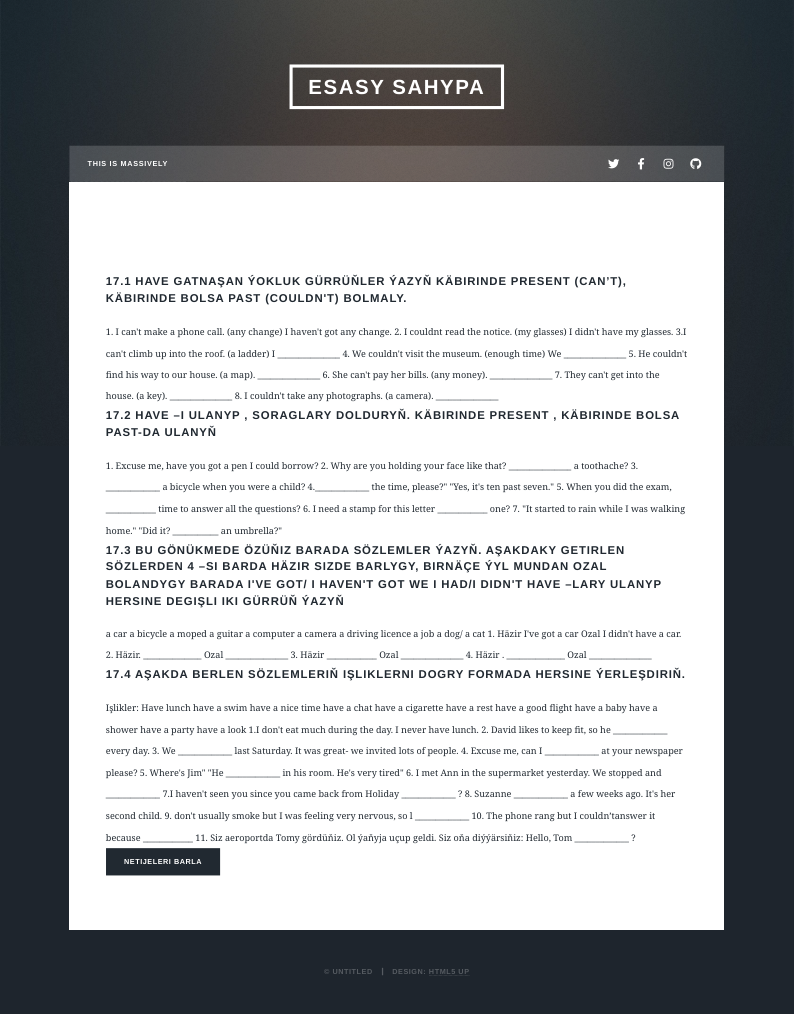
Repository: Sahet-dev/English-grammar-app
Page: test/test_unit _17.html
An editor plug-in stored every save of this project. The page is shown before and after the next save, followed by the edit.
The browser window is 1280 px wide. The pictures show the whole page, at 62% of full size.
Some web fonts or font styles are not loaded; a fallback is used.

Above is the page before, as saved 2022-06-24 16:24:10.

### test/test_unit _17.html
<!DOCTYPE HTML>
<!--
	Massively by HTML5 UP
	html5up.net | @ajlkn
	Free for personal and commercial use under the CCA 3.0 license (html5up.net/license)
-->
<html>
	<head>
		<title>Test </title>
		<meta charset="utf-8" />
		<meta name="viewport" content="width=device-width, initial-scale=1, user-scalable=no" />
		<link rel="stylesheet" href="../assets/css/test.css" />
		<noscript><link rel="stylesheet" href="../assets/css/noscript.css" /></noscript>
	</head>
	<body class="is-preload">

		<!-- Wrapper -->
			<div id="wrapper">

				<!-- Header -->
					<header id="header">
						<a href="index.html" class="logo">Esasy Sahypa</a>
					</header>

				<!-- Nav -->
					<nav id="nav">
						<ul class="links">
							<li><a href="units/.html">This is Massively</a></li>

						</ul>
						<ul class="icons">
							<li><a href="#" class="icon brands fa-twitter"><span class="label">Twitter</span></a></li>
							<li><a href="#" class="icon brands fa-facebook-f"><span class="label">Facebook</span></a></li>
							<li><a href="#" class="icon brands fa-instagram"><span class="label">Instagram</span></a></li>
							<li><a href="#" class="icon brands fa-github"><span class="label">GitHub</span></a></li>
						</ul>
					</nav>

				<!-- Main -->
					<div id="main">

						<!-- Post -->
							<section class="post">
								<header class="major">
									<h2>


									</h2>
								</header>

								<!-- Text stuff -->

									<p>
										<form action="results-unit-1.php" method="post">


										<h3>17.1

														Have gatnaşan ýokluk gürrüňler ýazyň
														Käbirinde present (can’t), käbirinde bolsa past
														(couldn't) bolmaly.
													</h3>
														1.	I  can't make a phone call. (any change)
														I haven't got any change.

														2. I couldnt read the notice. (my glasses)
														I didn't have my glasses.

														3.I can't climb up into the roof. (a ladder)
														I _______________
														4. We couldn't visit the museum. (enough time)
														We _______________

														5. He couldn't find his way to our house. (a
														map). _______________

														6. She can't pay her bills. (any money).
														_______________
														7. They can't get into the house. (a key).
														_______________

														8. I couldn't take any photographs. (a
														camera). _______________

													<h3>17.2


														Have –i ulanyp , soraglary dolduryň.
														Käbirinde present , käbirinde bolsa past-da ulanyň
													</h3>														1. Excuse me, have you got a pen I could
														borrow?

														2. Why are you holding your face like
														that? _______________  a toothache?

														3. _____________ a bicycle when you were a child?
														4._____________   the time, please?" "Yes, it's ten past seven."

														5. When you did the exam, ____________ time to answer all the questions?

														6. I need a stamp for this letter ____________
														one?

														7. "It started to rain while I was walking home."
														"Did it? ___________  an umbrella?"

													<h3>17.3

														Bu gönükmede özüňiz barada sözlemler ýazyň. Aşakdaky getirlen sözlerden 4 –si barda häzir sizde barlygy, birnäçe ýyl mundan ozal bolandygy barada I've got/ I haven't got
														we I had/I didn't have –lary ulanyp hersine degişli iki gürrüň ýazyň
													</h3>
														a car a bicycle a moped a guitar
														a computer a camera a driving licence

														a job a dog/ a cat

														1. Häzir

														I've got a car

														Ozal

														I didn't have a car.

														2. Häzir.
														______________
														Ozal
														_______________



														3. Häzir
														____________
														Ozal
														_______________

														4. Häzir .
														______________
														Ozal
														_______________

													<h3>17.4
														Aşakda berlen sözlemleriň işliklerni dogry formada hersine ýerleşdiriň.
													</h3>	Işlikler:

														Have lunch have a swim have a nice time

														have a chat have a cigarette have a rest
														have a good flight have a baby have a shower

														have a party have a look

														1.I don't eat much during the day. I never have lunch.

														2. David likes to keep fit, so he _____________ every
														day.

														3. We  _____________  last Saturday. It was great- we
														invited lots of people.

														4. Excuse me, can I _____________ at your newspaper

														please?

														5. Where's Jim" "He  _____________       in his room. He's

														very tired"

														6. I met Ann in the supermarket yesterday. We
														stopped and  _____________

														7.I haven't seen you since you came back from
														Holiday  _____________       ?

														8. Suzanne  _____________       a few weeks ago. It's her

														second child.

														9. don't usually smoke but I was feeling very
														nervous, so l   _____________

														10. The phone rang but I couldn’tanswer it because ____________

														11. Siz aeroportda Tomy gördüňiz. Ol ýaňyja uçup geldi. Siz oňa diýýärsiňiz:
														Hello, Tom  _____________       ?


											        <button class="button primary" type="submit">Netijeleri barla</button>
										</form>



									</p>


							</section>

					</div>


				<!-- Copyright -->
					<div id="copyright">
						<ul><li>&copy; Untitled</li><li>Design: <a href="https://html5up.net">HTML5 UP</a></li></ul>
					</div>

			</div>

		<!-- Scripts -->
			<script src="assets/js/jquery.min.js"></script>
			<script src="assets/js/jquery.scrollex.min.js"></script>
			<script src="assets/js/jquery.scrolly.min.js"></script>
			<script src="assets/js/browser.min.js"></script>
			<script src="assets/js/breakpoints.min.js"></script>
			<script src="assets/js/util.js"></script>
			<script src="assets/js/main.js"></script>

	</body>
</html>

Loaded but not shown: assets/js/jquery.min.js (library); assets/js/jquery.scrollex.min.js (common file); assets/js/jquery.scrolly.min.js (common file); assets/js/browser.min.js (common file); assets/js/breakpoints.min.js (common file); assets/css/fontawesome-all.min.css (library); assets/js/util.js (587 lines, source omitted); assets/js/main.js (258 lines, source omitted); assets/css/test.css (4689 lines, source omitted)

After the next save:
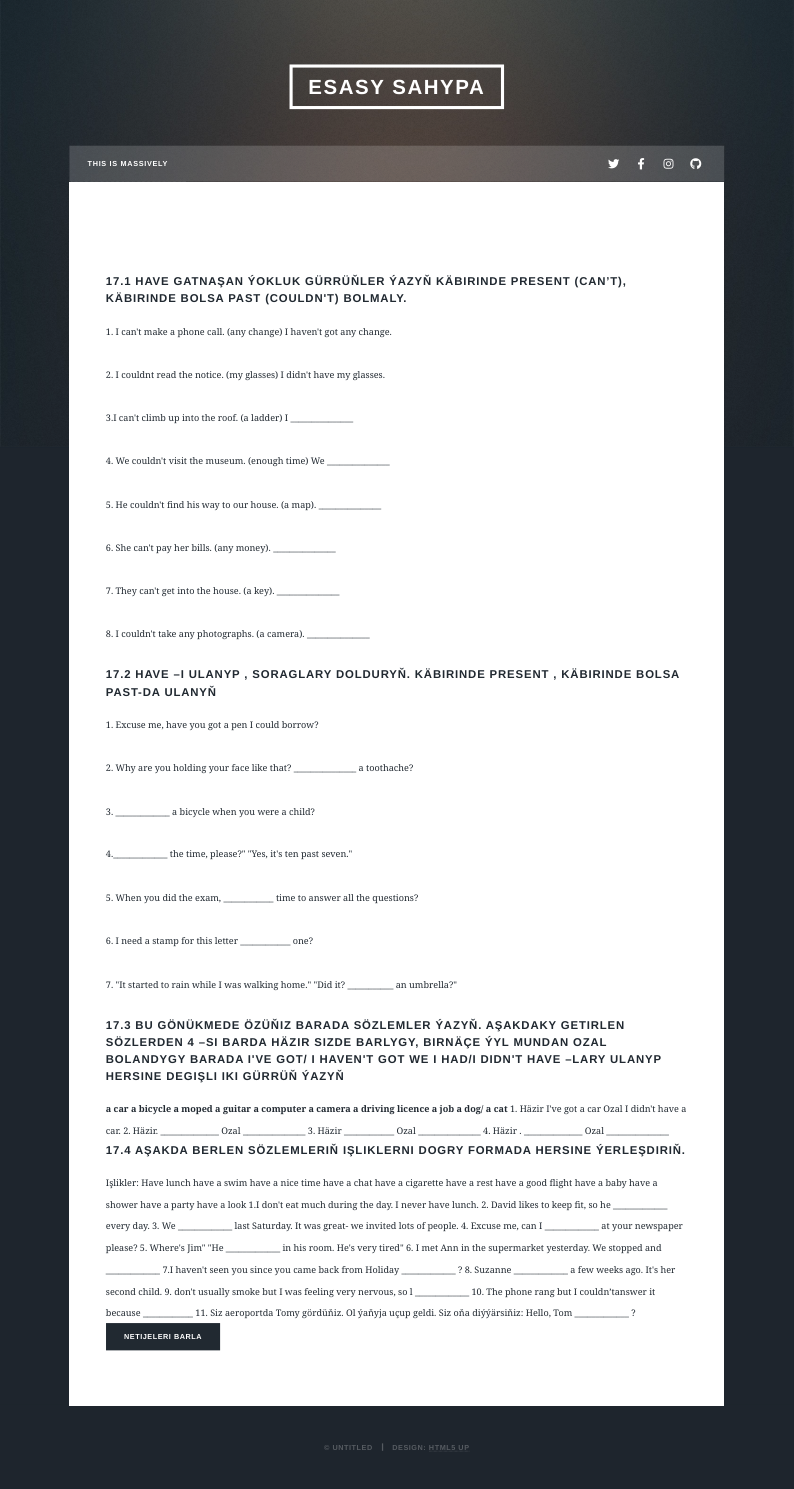
Saved 78 s later.
--- a/test/test_unit _17.html
+++ b/test/test_unit _17.html
@@ -62,26 +62,26 @@
 													</h3>
 														1.	I  can't make a phone call. (any change)
 														I haven't got any change.
-
+														<br><br>
 														2. I couldnt read the notice. (my glasses)
 														I didn't have my glasses.
-
+														<br><br>
 														3.I can't climb up into the roof. (a ladder)
-														I _______________
+														I _______________<br><br>
 														4. We couldn't visit the museum. (enough time)
 														We _______________
-
+														<br><br>
 														5. He couldn't find his way to our house. (a
 														map). _______________
-
+														<br><br>
 														6. She can't pay her bills. (any money).
-														_______________
+														_______________<br><br>
 														7. They can't get into the house. (a key).
 														_______________
-
+														<br><br>
 														8. I couldn't take any photographs. (a
 														camera). _______________
-
+														<br><br>
 													<h3>17.2
 
 
@@ -89,30 +89,30 @@
 														Käbirinde present , käbirinde bolsa past-da ulanyň
 													</h3>														1. Excuse me, have you got a pen I could
 														borrow?
-
+														<br><br>
 														2. Why are you holding your face like
 														that? _______________  a toothache?
-
-														3. _____________ a bicycle when you were a child?
+														<br><br>
+														3. _____________ a bicycle when you were a child?<br><br>
 														4._____________   the time, please?" "Yes, it's ten past seven."
-
+														<br><br>
 														5. When you did the exam, ____________ time to answer all the questions?
-
+														<br><br>
 														6. I need a stamp for this letter ____________
 														one?
-
+														<br><br>
 														7. "It started to rain while I was walking home."
 														"Did it? ___________  an umbrella?"
-
+														<br><br>
 													<h3>17.3
 
 														Bu gönükmede özüňiz barada sözlemler ýazyň. Aşakdaky getirlen sözlerden 4 –si barda häzir sizde barlygy, birnäçe ýyl mundan ozal bolandygy barada I've got/ I haven't got
 														we I had/I didn't have –lary ulanyp hersine degişli iki gürrüň ýazyň
 													</h3>
-														a car a bicycle a moped a guitar
+													<b>	a car a bicycle a moped a guitar
 														a computer a camera a driving licence
 
-														a job a dog/ a cat
+														a job a dog/ a cat </b>
 
 														1. Häzir
 
